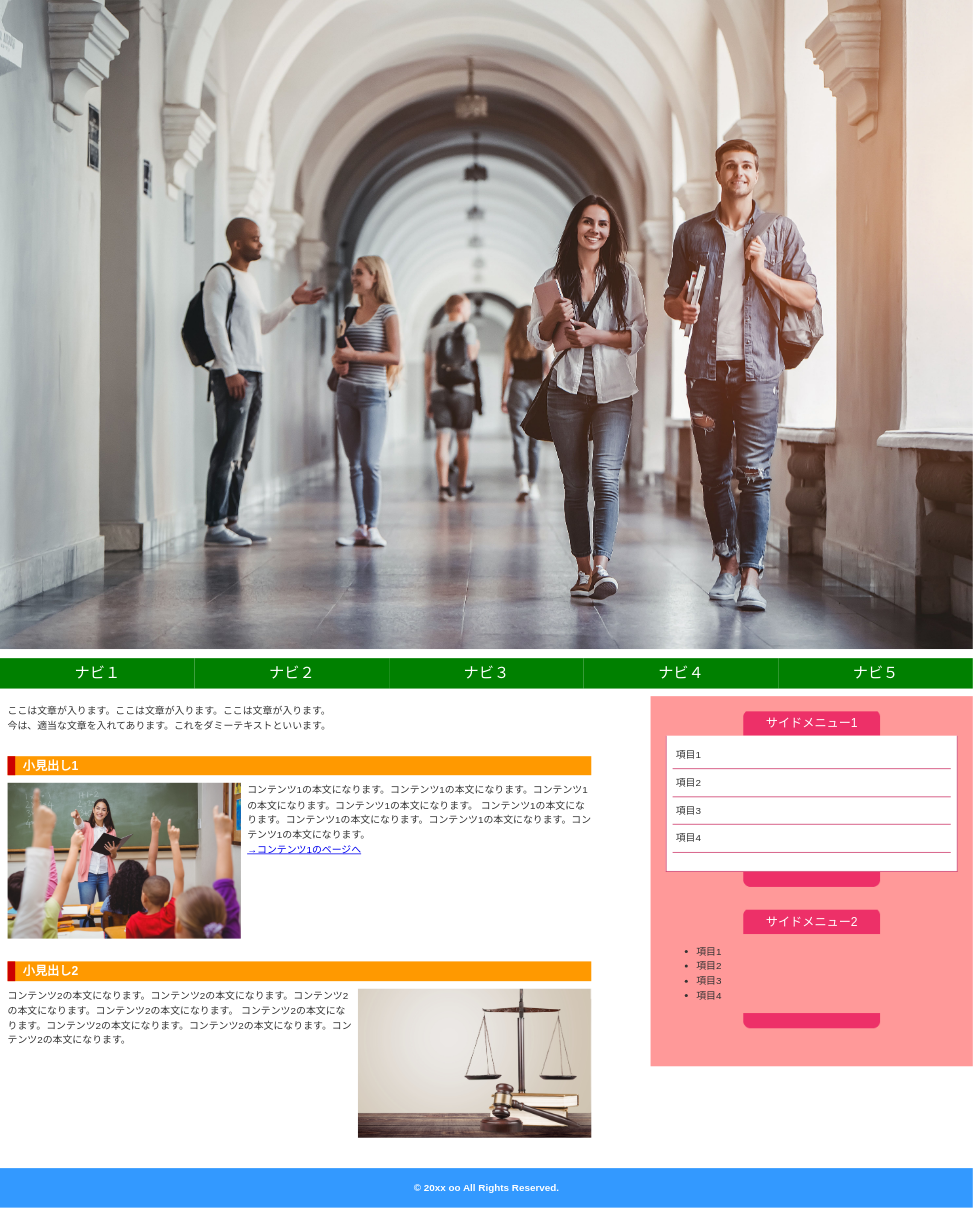
Repository: yoshi1924/samurai_HTML-CSS
Page: home.html
The author's editor kept a record of every edit. The page is drawn from the files as they stood at one moment, then again after the next edit.
The browser window is 1280 px wide. The pictures show the whole page, at 76% of full size.

Above is the page before.

After the next edit:
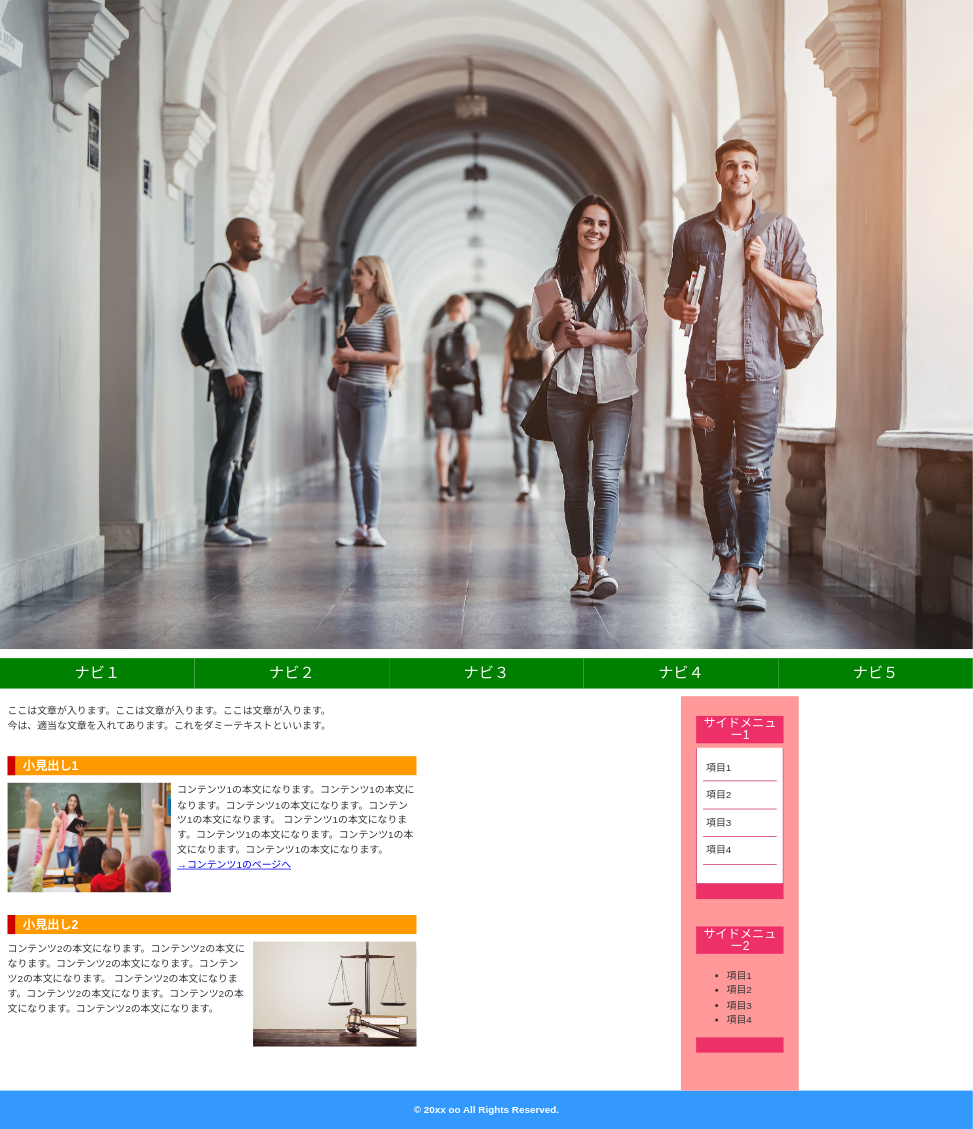
The edit:
--- a/stylesheet.css
+++ b/stylesheet.css
@@ -87,6 +87,8 @@
     margin: auto;
     padding-top: 20px;
     clear: both;
+    display: grid;
+    grid-template-columns:70vw 30vw;
 }
 
 
